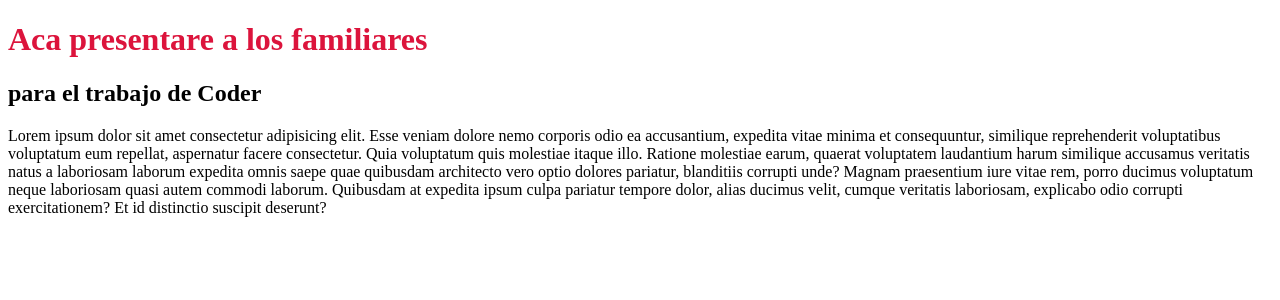
Repository: gadiazsaavedra/Familiares
Page: Familiares/Familiares/plantillas/template1.html
The author's editor kept a copy of each file at every save. The page is drawn from the files as they stood at one save, then again after a run of saves.
The browser window is 1280 px wide. The pictures show the whole page.

Above is the page before, as saved 2021-12-07 16:35:09.

After the next 2 saves:
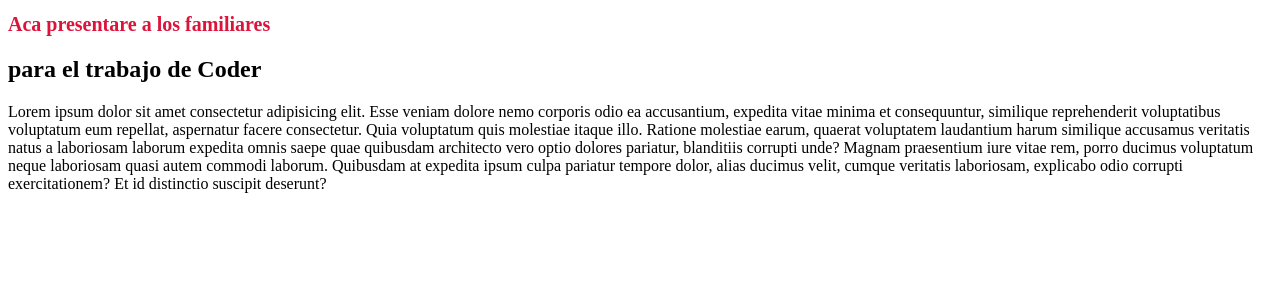
The 2 saves are shown as one change because they came seconds apart.
The last was saved 9 s later.
--- a/Familiares/Familiares/plantillas/template1.html
+++ b/Familiares/Familiares/plantillas/template1.html
@@ -7,7 +7,7 @@
     <title>Familia</title>
 </head>
 <body>
-    <h1 style="font: size 20px; color:crimson; align:center; font-size:">Aca presentare a los familiares</h1>
+    <h1 style="font: size 20px; color:crimson; align:center; font-size:20px">Aca presentare a los familiares</h1>
     <h2>para el trabajo de Coder</h2>
     <p>Lorem ipsum dolor sit amet consectetur adipisicing elit. Esse veniam dolore nemo corporis odio ea accusantium, expedita vitae minima et consequuntur, similique reprehenderit voluptatibus voluptatum eum repellat, aspernatur facere consectetur. Quia voluptatum quis molestiae itaque illo. Ratione molestiae earum, quaerat voluptatem laudantium harum similique accusamus veritatis natus a laboriosam laborum expedita omnis saepe quae quibusdam architecto vero optio dolores pariatur, blanditiis corrupti unde? Magnam praesentium iure vitae rem, porro ducimus voluptatum neque laboriosam quasi autem commodi laborum. Quibusdam at expedita ipsum culpa pariatur tempore dolor, alias ducimus velit, cumque veritatis laboriosam, explicabo odio corrupti exercitationem? Et id distinctio suscipit deserunt?</p>
 </body>
